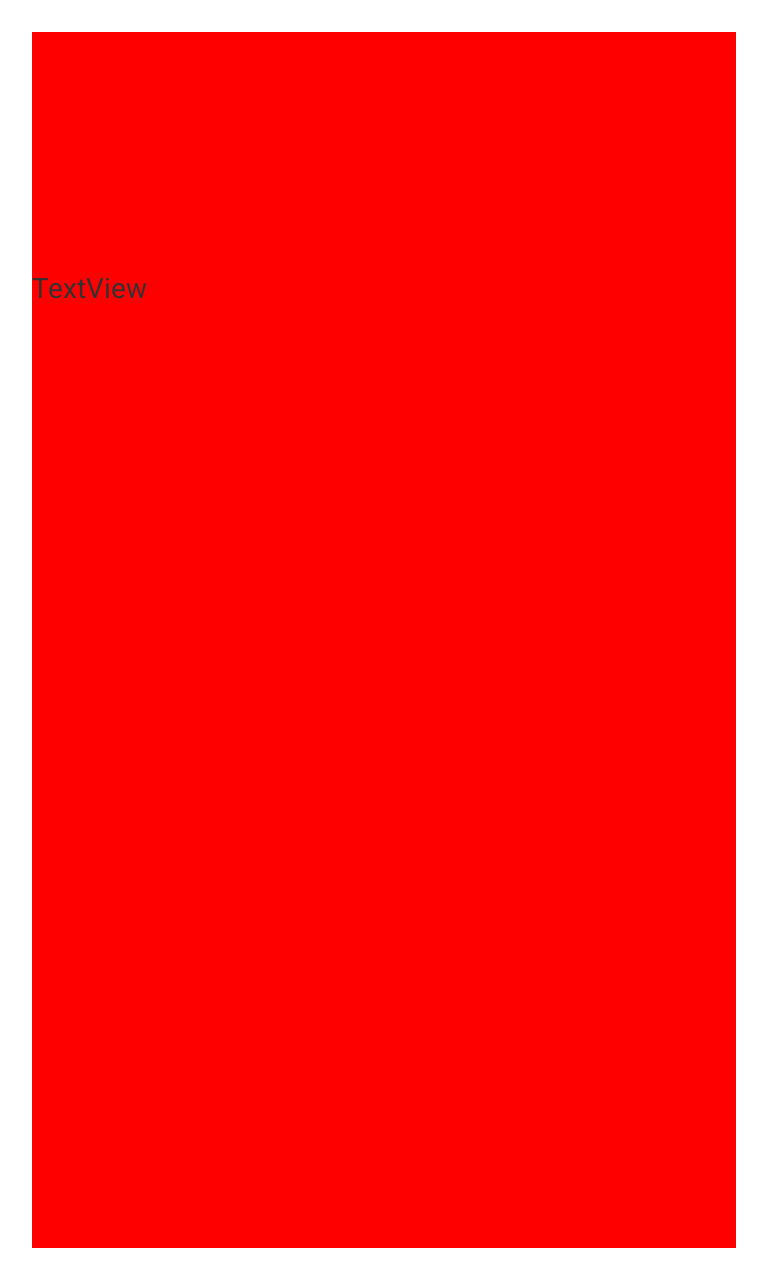
Repository: milosz90/pracaMagisterska
Layout: magisterka/res/layout/activity_inventory.xml
An editor plug-in stored every save of this project. The layout is shown before and after the next save, followed by the edit.
It is drawn on a 768 x 1280 px phone screen (xhdpi) without system bars, with theme AppTheme; the app's code is not run.

Above is the layout before, as saved 2015-05-06 10:03:05.

After the next save:
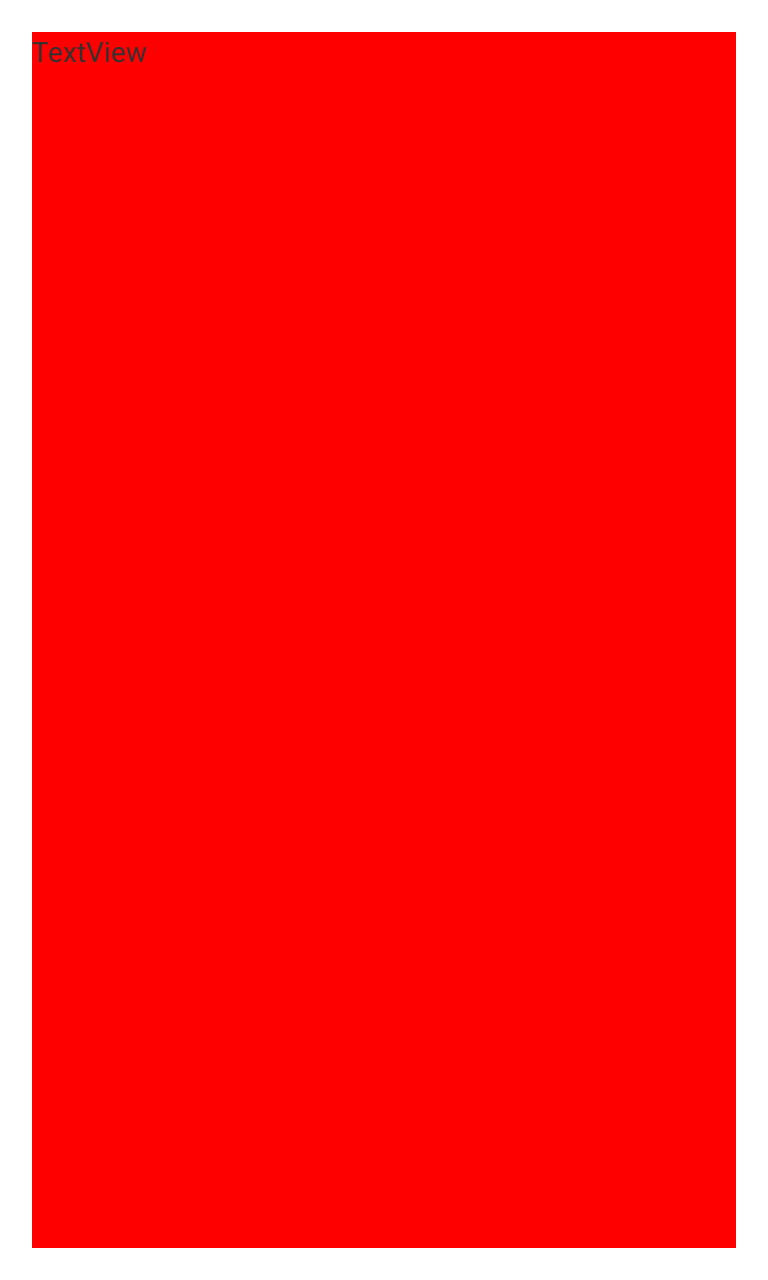
Saved 7 min 44 s later.
--- a/magisterka/res/layout/activity_inventory.xml
+++ b/magisterka/res/layout/activity_inventory.xml
@@ -22,7 +22,7 @@
         android:layout_width="wrap_content"
         android:layout_height="wrap_content"
         android:layout_marginRight="93dp"
-        android:layout_marginTop="118dp"
+        android:layout_marginTop="0dp"
         android:text="TextView" />
 
 </RelativeLayout>
